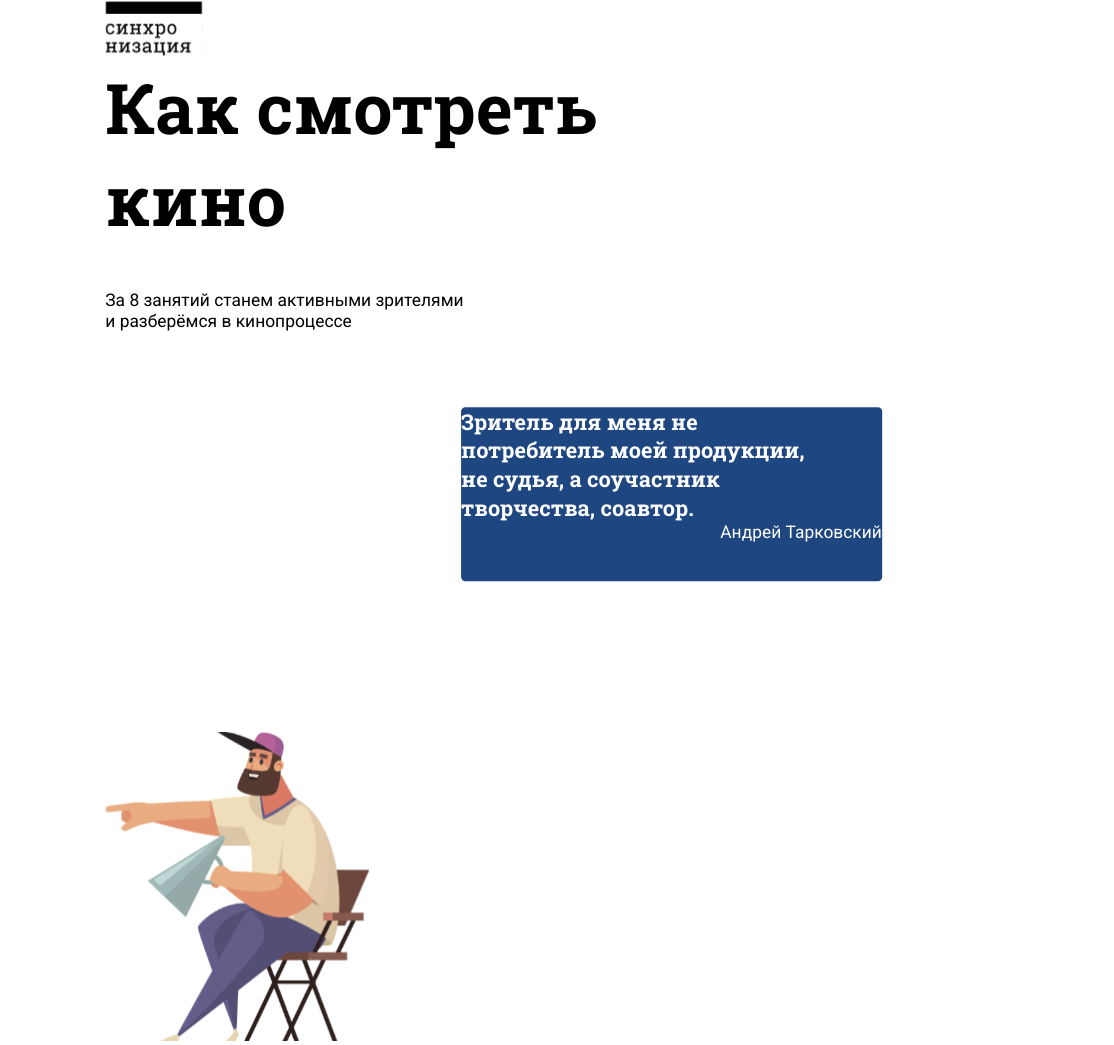
Repository: kubrazamanova/project1
Page: index.html
These files come from the project's save history. The page is drawn as it stood at one moment and after a run of saves; the edit follows.
The browser window is 1280 px wide. The pictures show the whole page, at 87% of full size.

Above is the page before, as saved 2023-09-09 12:36:16.

### index.html
<!DOCTYPE html>
<html lang="en">

<head>
  <meta charset="UTF-8" />
  <meta name="viewport" content="width=device-width, initial-scale=1.0" />
  <title>Document</title>
  <link rel="stylesheet" href="index.css" />
</head>

<body>
  <div class="container">
    <img src="./logo_mobile_black 1 (1).svg" alt="">
    <div class="text-container">
      <h1>Как смотреть кино</h1>
      <p>За 8 занятий станем активными зрителями и разберёмся в кинопроцессе</p>
    </div>
    <div class="card-box">
      <div class="blue">
        <h1> Зритель для меня не потребитель моей продукции, не судья, а соучастник творчества, соавтор. </h1>
        <br>
        <h2>Андрей Тарковский</h2>
      </div>
    </div>
    <img src="./noroot 1.svg" alt="">
  </div>

</body>
</html>

### index.css
@import url("https://fonts.googleapis.com/css2?family=Roboto+Slab:wght@700&family=Roboto:wght@400;700&display=swap");
* {
  margin: 0;
  padding: 0;
  box-sizing: border-box;
}
.container {
    padding-left: 121px;
}

.text-container {
  /* padding: 248px 246px 174px 122px; */
}
.card-box {
  padding: 87px 0 173px 409px;
}

.text-container h1 {
  margin-bottom: 51px;
  width: 628px;
  color: #000;
  font-family: Roboto Slab;
  font-size: 80px;
  font-style: normal;
  font-weight: 700;
}
.text-container p {
  width: 414px;
  color: #000;
  font-family: Roboto;
  font-size: 20px;
  font-style: normal;
  font-weight: 400;
}
 .img {
  width: 304px;
  height: 356px;
}
.blue {
  border-radius: 5px;
  background: #1e4681;
  width: 483.635px;
  height: 200px;
}

.blue h1 {
  width: 430.589px;
  height: 113px;
  color: #fff;
  font-family: Roboto Slab;
  font-size: 25px;
  font-style: normal;
  font-weight: 400;
}
.blue h2 {
  color: #fff;
  text-align: right;
  font-family: Roboto;
  font-size: 20px;
  font-style: normal;
  font-weight: 400;
}

After the next 4 saves:
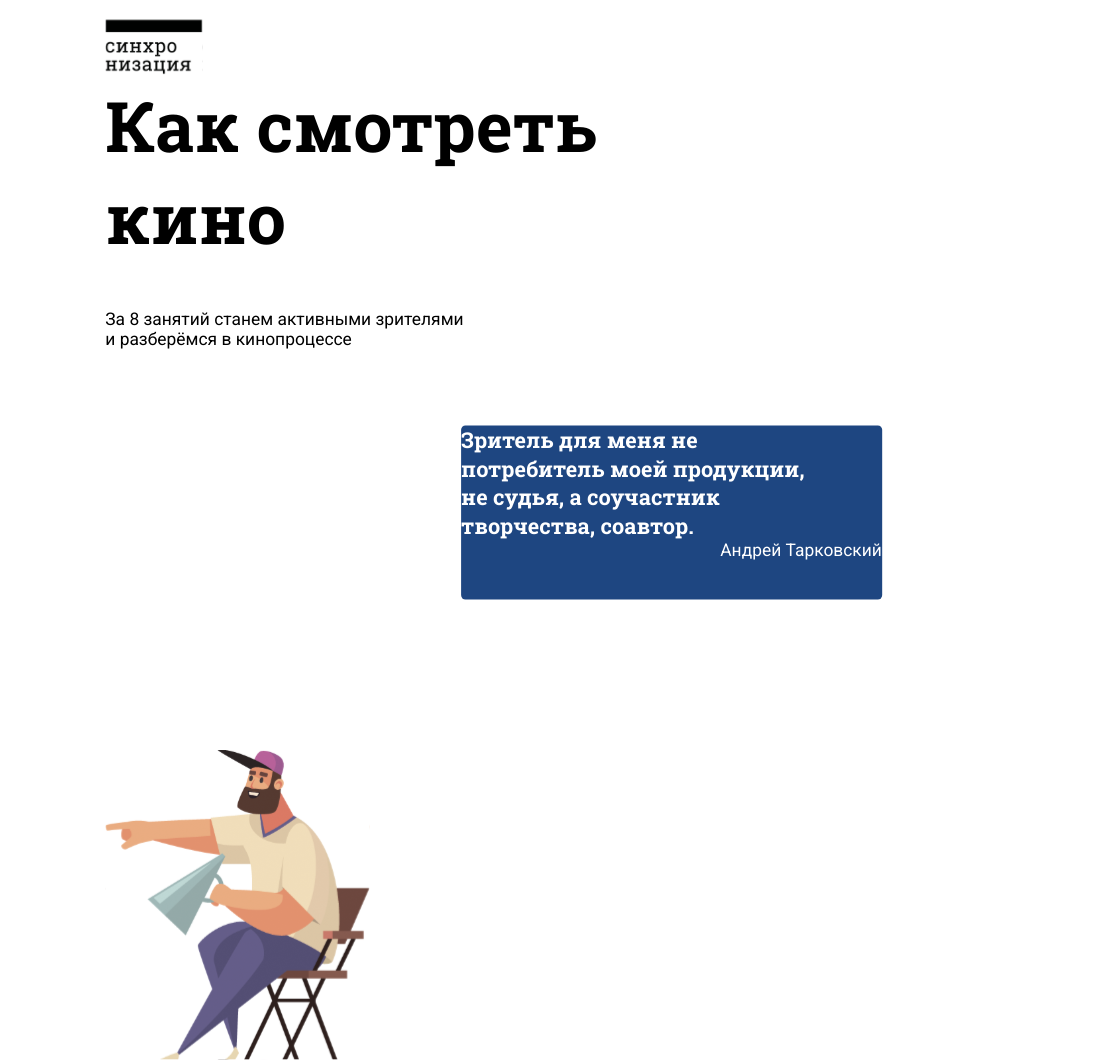
The 4 saves are shown as one change because they came seconds apart.
The last was saved 36 s later.
--- a/index.css
+++ b/index.css
@@ -6,6 +6,8 @@
 }
 .container {
     padding-left: 121px;
+    padding-top: 21px;
+    padding-right: ;
 }
 
 .text-container {
